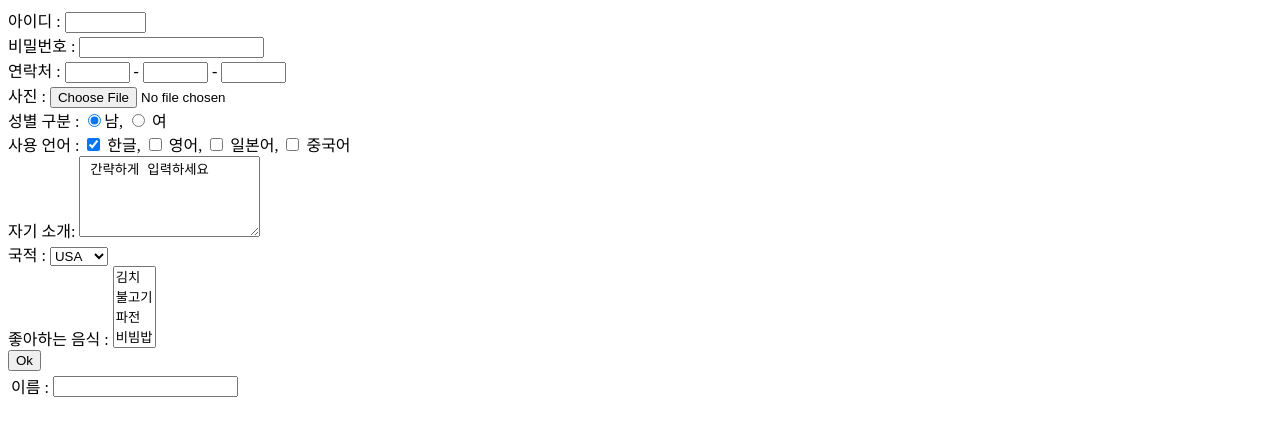
Repository: bjKim2/JSP
Page: HTML/src/main/webapp/Ex03.html
An editor plug-in stored every save of this project. The page is shown before and after the next save, followed by the edit.
The browser window is 1280 px wide. The pictures show the whole page.

Above is the page before, as saved 2022-03-15 05:33:13.

After the next save:
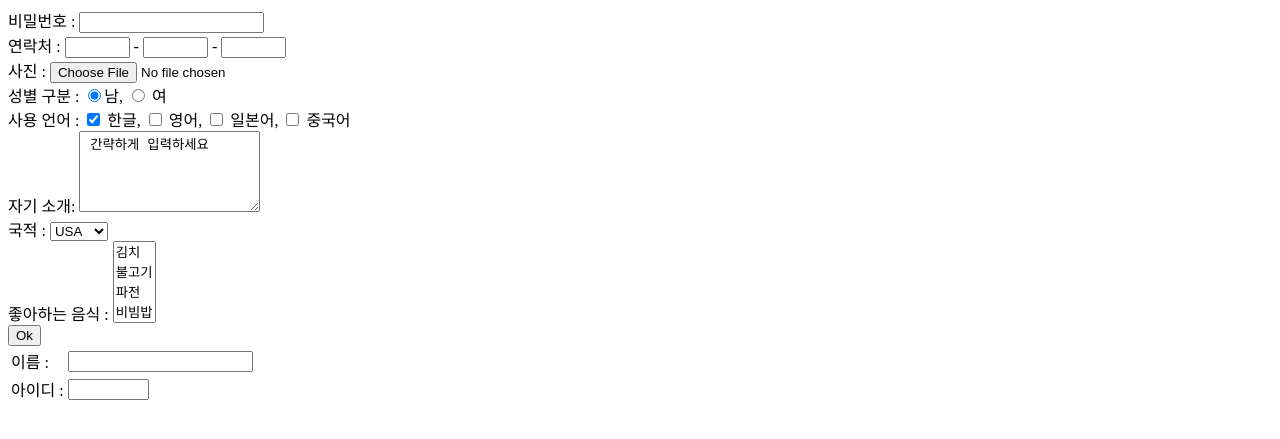
Saved 61 s later.
--- a/HTML/src/main/webapp/Ex03.html
+++ b/HTML/src/main/webapp/Ex03.html
@@ -15,7 +15,15 @@
 				<input type="text" name = "userName"  ><br>
 			</td>
 		</tr>
-					아이디 : <input type="text" name = "userId"  size = '7'><br>
+			<td>
+				아이디 :
+			</td>
+			<td>
+				 <input type="text" name = "userId"  size = '7'><br>
+			</td>
+		<tr>
+
+
 					비밀번호 : <input type="password" name="userPassword"><br>
 					연락처 : <input type="text" name = "phone1_1"  size = "5"> -
 							<input type="text" name = "phone1_2"  size = "5"> -
